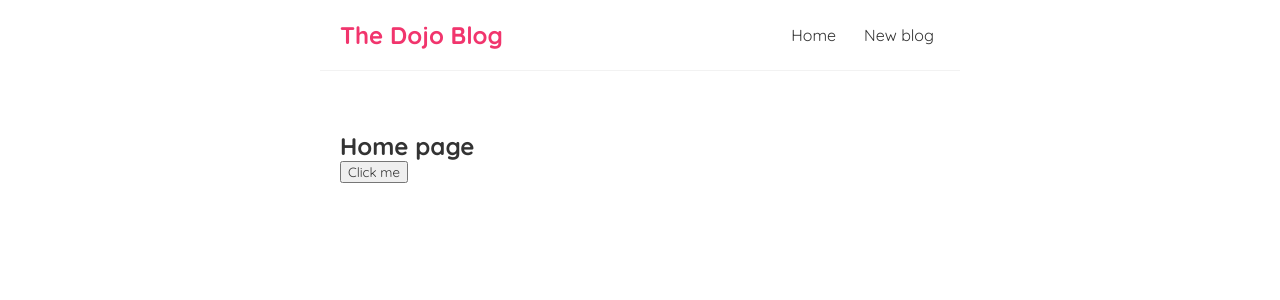
Repository: Samkiroko/full-reacr-ninja
Page: /
The author's editor kept a copy of each file at every save. The page is drawn from the files as they stood at one save, then again after the next save.
The browser window is 1280 px wide. The pictures show the whole page.
The project was rebuilt for these pictures with package versions that can differ from the ones it lists, and the page was loaded fresh each time.

Above is the page before, as saved 2021-07-19 17:29:24.

After the next save:
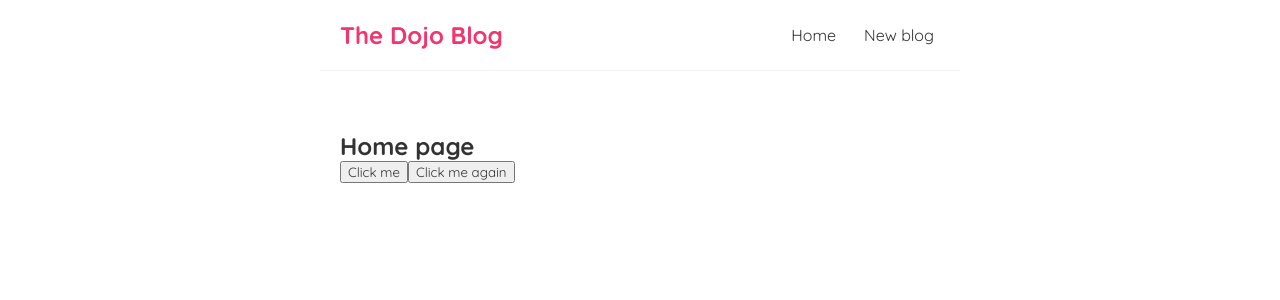
Saved 4 min 52 s later.
--- a/src/Home.js
+++ b/src/Home.js
@@ -4,10 +4,21 @@ const Home = () => {
     console.log('clicked')
   }
 
+  const handleClickAgain = (e, name) => {
+    e.preventDefault()
+    console.log('clicked again' + name)
+  }
+
   return (
     <div className='home'>
       <h2>Home page</h2>
       <button onClick={handleClick}>Click me</button>
+      <button
+        onClick={() => {
+          handleClickAgain('sam')
+        }}>
+        Click me again
+      </button>
     </div>
   )
 }
